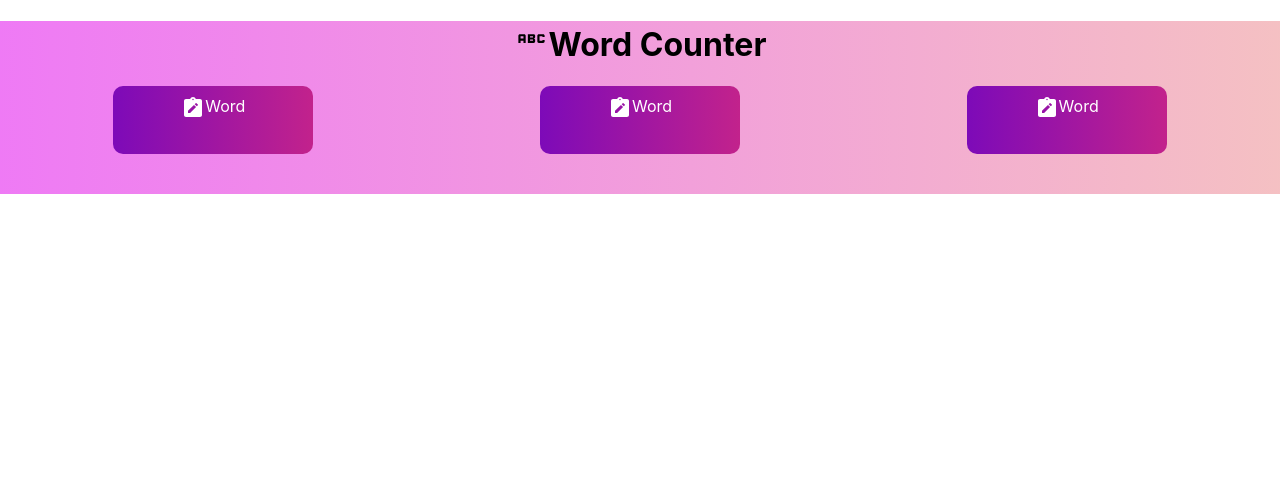
Repository: 123cuongcao/nopbai-basic
Page: /
An editor plug-in stored every save of this project. The page is shown before and after a run of saves, followed by the edit.
The browser window is 1280 px wide. The pictures show the whole page.
The project was rebuilt for these pictures with package versions that can differ from the ones it lists, and the page was loaded fresh each time.

Above is the page before, as saved 2023-08-15 11:38:46.

After the next 5 saves:
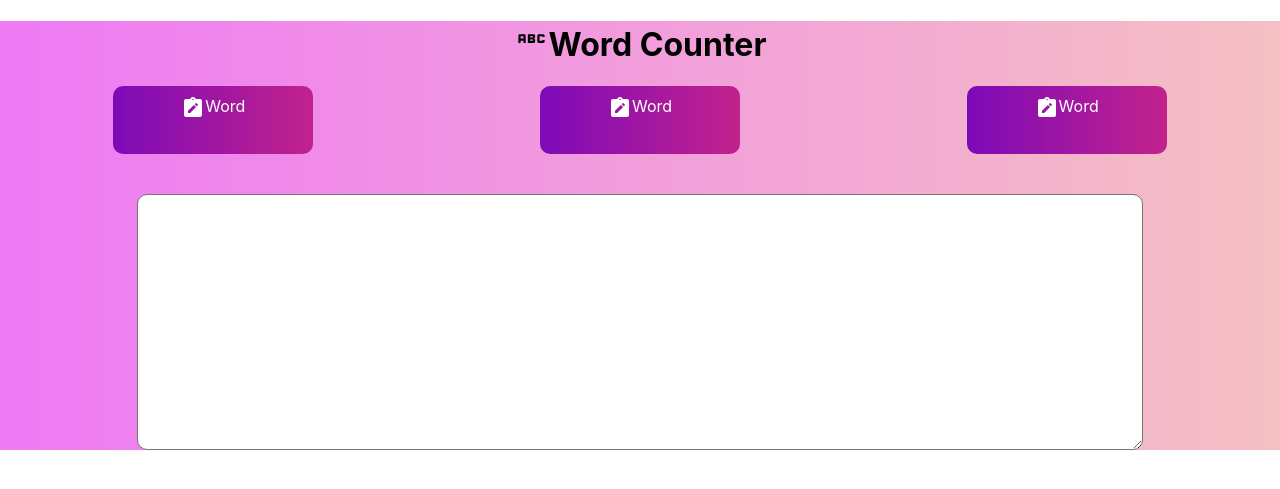
The 5 saves are shown as one change because 3 did not build or start and some came seconds apart.
The last was saved 28 s later.
--- a/src/components/index.jsx
+++ b/src/components/index.jsx
@@ -1,6 +1,7 @@
 import React from "react";
 import Box from "./views/box";
 import AbcIcon from '@mui/icons-material/Abc';
+import Textarea from "./views/textarea";
 
 export default function Index() {
   return (
@@ -19,7 +20,7 @@ export default function Index() {
       </div>
 
       <div style={{display:'flex',justifyContent:'center',marginTop:'40px'}}>
-
+            <Textarea/>
       </div>
 
     </div>
